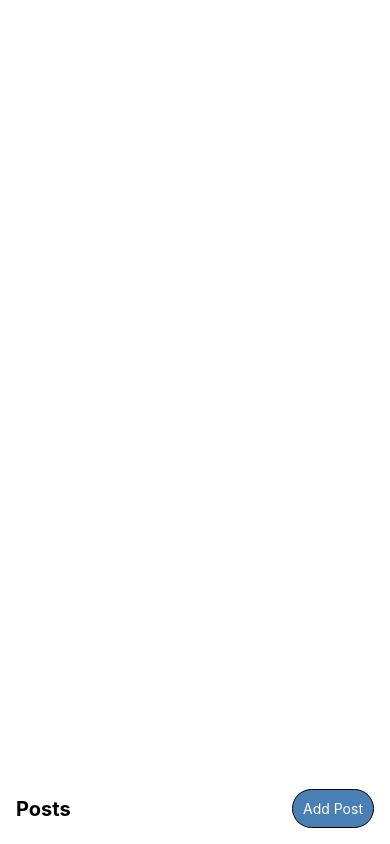
Repository: ntu34543/React-Native
Screen: / (app in demo/)
These files come from the project's save history. The screen is drawn as it stood at one moment and after the next save; the edit follows.
The page's requests for data from a server got no answer. The app was drawn by React Native's web renderer in a window 390 px wide. The project was rebuilt for these pictures with package versions that can differ from the ones it lists, and the page was loaded fresh each time. No one was signed in, and anything a server would have sent is missing. Also part of the build but not shown: demo/src/components/PostCardItem.js.

Above is the screen before, as saved 2022-09-13 14:58:40.

After the next save:
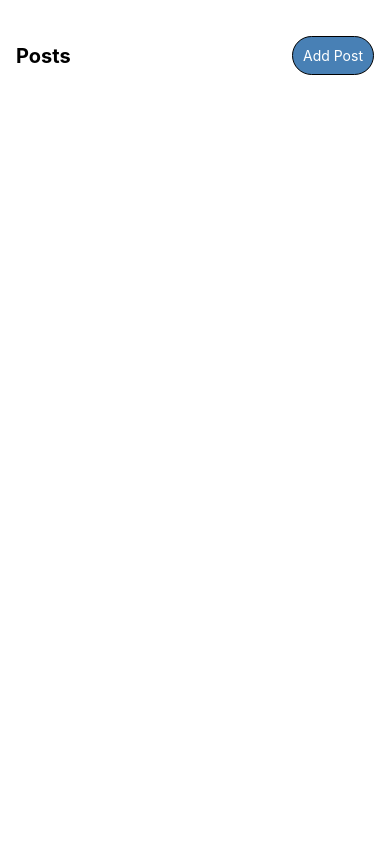
Saved 28 s later.
--- a/demo/App.js
+++ b/demo/App.js
@@ -115,6 +115,12 @@ export default function App() {
   return (
     <SafeAreaView style={styles.container}>
       <StatusBar style="auto" />
+      <View style={styles.addPost}>
+        <Text style={styles.title}>Posts</Text>
+        <TouchableOpacity onPress={() => setVisible(true)}>
+          <Text style={styles.btn}>Add Post</Text>
+        </TouchableOpacity>
+      </View>
       <FlatList
         data={data}
         keyExtractor={(item, index) => item.id + index.toString()}
@@ -129,26 +135,6 @@ export default function App() {
           />;
         }}
       />
-      <View style={styles.addPost}>
-        <Text style={styles.title}>Posts</Text>
-        <TouchableOpacity onPress={() => setVisible(true)}>
-          <Text style={styles.btn}>Add Post</Text>
-        </TouchableOpacity>
-      </View>
-      {/* <FlatList
-        data={data}
-        keyExtractor={(item, index) => item.id + index.toString()}
-        refreshing={loading}
-        onRefresh={getPosts}
-        renderItem={({ item }) => {
-          <PostCardItem
-            title={item.title}
-            author={item.author}
-            onEdit={() => edit(item.id, item.title, item.author)}
-            onDelete={() => deletePost(item.id)}
-          />;
-        }}
-      /> */}
       <ModalView
         visible={visible}
         title="Add Post"
